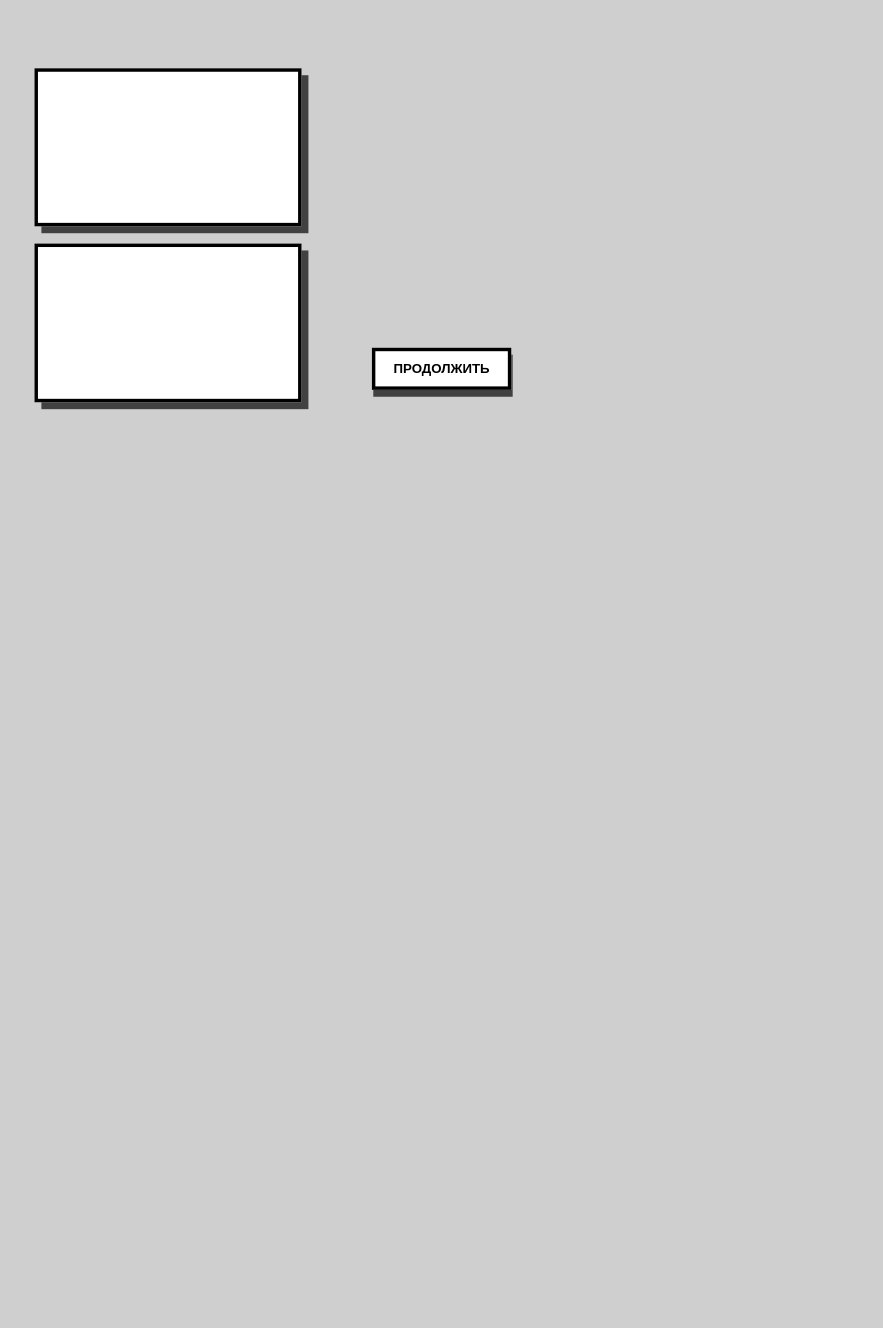
Repository: ICU-Dici/SchoolProject
Page: /NavigationBlock
These files come from the project's save history. The page is drawn as it stood at one moment and after the next save; the edit follows.
The browser window is 1280 px wide. The pictures show the whole page, at 69% of full size.
The project was rebuilt for these pictures with package versions that can differ from the ones it lists, and the page was loaded fresh each time. Also part of the build but not shown: src/components/PhysicsEGE/Header/HeaderCopy.module.css, src/components/PhysicsEGE/Header/Header.jsx, src/components/MainBody/MainPage.jsx, src/components/PhysicsEGE/Header/Header copy.jsx, src/components/PhysicsEGE/PointsTransfer/PointsTransfer.jsx, src/components/PhysicsEGE/PointsTransfer/PointsTransferContainer.jsx, src/components/PhysicsEGE/PhysicsEGE.module.css, src/components/PhysicsEGE/PhysicsNavPage/PhysicsNavPage.module.css and 5 more.

Above is the page before, as saved 2024-01-02 00:41:23.

### src/index.js
import React from 'react';
import ReactDOM from 'react-dom/client';
import './index.css';
import AppNew from './AppNew';
import reportWebVitals from './reportWebVitals';
import { Provider } from 'react-redux';
import store from './redux/state-redux';

const root = ReactDOM.createRoot(document.getElementById('root'));
export let RenderEntierTree = (state) =>{
  root.render(
    <React.StrictMode>
      <Provider store={store}>
      <AppNew/>
      </Provider>
    </React.StrictMode>
  );

  reportWebVitals();
}

RenderEntierTree(store.getState());
store.subscribe(() => {
  let state = store.getState();
  RenderEntierTree(state);
});

### src/AppNew.js
import './App.css';
import {BrowserRouter, NavLink, Route, Routes} from "react-router-dom";
import Header from './components/PhysicsEGE/Header/Header';
import MainPage from './components/MainBody/MainPage';
import NavigationSide from './components/NavigationSide/NavigationSide';
import PhysicsEGE from './components/PhysicsEGE/PhysicsEGE';
import NavigationSideContainer from './components/NavigationSide/NavigationSideContainer';
import PhysicsEGEContainer from './components/PhysicsEGE/PhysicsEGEContainer';

const  App = () => {
  return (
    <BrowserRouter>
    <div className="AppWrapper">
      <Routes>
      <Route path='/NavigationBlock/' element={<NavigationSideContainer/>}/>
      <Route path='/Physics/*' element={<PhysicsEGEContainer/>}/>
      </Routes>
    </div>
    </BrowserRouter>
  );
}

export default App;

### src/redux/state-redux.js
import {combineReducers, legacy_createStore as createStore } from 'redux'
import PointsTransferReducer from './PointsTransferReducer';
import NavigationReducer from './NavigationReducer';
import PhysicsEGEReducer from './PhysicsEGEReducer';
import PhysicsNavPageReducer from './PhysicsNavPageReducer';





let reducers = combineReducers({
    PTRdom: PointsTransferReducer,
    NavSideDOM: NavigationReducer,
    PhysicsEGEDOM: PhysicsEGEReducer,
    PhysicsNavPageDOM: PhysicsNavPageReducer,
})

let store = createStore( reducers)

window.store = store

export default store;

### src/App.css
.AppWrapper {
    display: grid;
    margin: 0 auto;
    grid-template-areas:
    ' H '
    ' M ';
    grid-gap: 10px; /*grid-gap- это расстояния между элементами grid-сетки*/
  }
.MainBody {
    grid-area: M;
}

### src/components/NavigationSide/NavigationSide.jsx
import React from "react";
import s from './NavigationSide.module.css'
import { NavLink } from "react-router-dom";
import PhyBlockStructureContainer from "./Block/PhyBlockStructureContainer";




const NavigationSide = (props) =>{
    return (

        <div className={s.AheadWrapper}>
            <div className={s.NavBlocksWrapper}>
                <div className={s.PhysicsPath} >
                    <div className={s.PhysicsLink} onClick={() => {props.SelectBlockAc('/Physics/*')}}><PhyBlockStructureContainer index={'/Physics/*'}/></div>
                    <div className={s.PhysicsLink} onClick={() => {props.SelectBlockAc('/Physics/PointsTransfer')}}><PhyBlockStructureContainer index={'/Physics/PointsTransfer'}/></div>
                </div>
                <div>
                    <NavLink to={props.selected}  className={s.ToTruePageWrapper}><div  className={s.ToTruePage}>ПРОДОЛЖИТЬ</div></NavLink>
                </div>
            </div>
        </div>
    )
}


export default NavigationSide;

### src/components/NavigationSide/NavigationSideContainer.jsx
import { connect } from "react-redux"
import NavigationSide from "./NavigationSide"
import {SelectBlockAc} from '../../redux/NavigationReducer'






const mapStateToProps = (state) => {
    return {
        selected: state.NavSideDOM.selected
    }
}

export default connect(mapStateToProps, {SelectBlockAc})(NavigationSide)

### src/components/PhysicsEGE/PhysicsEGEContainer.jsx
import { connect } from "react-redux"
import PhysicsEGE from "./PhysicsEGE"
import { toggleBurgerMenuAc } from "../../redux/PhysicsEGEReducer"














const mapStateToProps = (state) => {
    return {
        isBurgerMenuOpened: state.PhysicsEGEDOM.isBurgerMenuOpened
    }
}


export default connect(mapStateToProps, {toggleBurgerMenuAc})(PhysicsEGE)

### src/redux/PointsTransferReducer.js




let PointTransferRInitialState ={
    PointsBase: [
        { id: 0, realId: 0 },
        { id: 1, realId: 4 },
        { id: 2, realId: 8},
        { id: 3, realId: 11 },
        { id: 4, realId: 15 },
        { id: 5, realId: 18 },
        { id: 6, realId: 22 },
        { id: 7, realId: 26 },
        { id: 8, realId: 29 },
        { id: 9, realId: 33 },
        { id: 10, realId: 36 },
        { id: 11, realId: 38 },
        { id: 12, realId: 39 },
        { id: 13, realId: 40 },
        { id: 14, realId: 42 },
        { id: 15, realId: 43 },
        { id: 16, realId: 44 },
        { id: 17, realId: 46 },
        { id: 18, realId: 47 },
        { id: 19, realId: 48 },
        { id: 20, realId: 49 },
        { id: 21, realId: 51 },
        { id: 22, realId: 52 },
        { id: 23, realId: 53 },
        { id: 24, realId: 55 },
        { id: 25, realId: 56 },
        { id: 26, realId: 57 },
        { id: 27, realId: 59 },
        { id: 28, realId: 60 },
        { id: 29, realId: 61 },
        { id: 30, realId: 62 },
        { id: 31, realId: 65 },
        { id: 32, realId: 68 },
        { id: 33, realId: 70 },
        { id: 34, realId: 73 },
        { id: 35, realId: 75 },
        { id: 36, realId: 78 },
        { id: 37, realId: 80 },
        { id: 38, realId: 83 },
        { id: 39, realId: 85 },
        { id: 40, realId: 88 },
        { id: 41, realId: 90 },
        { id: 42, realId: 93 },
        { id: 43, realId: 95 },
        { id: 44, realId: 98 },
        { id: 45, realId: 100 },
    ],
    BeforePointsNow: 0,
    AfterPointsNow: 0

}

const PointsTransferReducer = (state = PointTransferRInitialState, action) => {
    let stateCopy
    switch(action.type) {

        case TRANSEF_POINTS:

          const afterPointsNow = state.PointsBase.find((points) => points.id === state.BeforePointsNow)?.realId || 0;

          return {
            ...state,
            AfterPointsNow: afterPointsNow
          };
        case POINTS_ON_CHANGE : {
            stateCopy ={
                ...state,
                BeforePointsNow: action.NewBeforePointsNow
            }
            return stateCopy;
        }
        case UP_POINTS: debugger;
            if (state.BeforePointsNow!= 45) {
                return {
                    ...state,
                    BeforePointsNow: state.BeforePointsNow+1
                }
            }
            else {
                return {
                    ...state,
                    BeforePointsNow: state.BeforePointsNow=0
                }
            }

        case DOWN_POINTS: if (state.BeforePointsNow!= 0) {
            return {
                ...state,
                BeforePointsNow: state.BeforePointsNow-1
            }
        }
        else {
            return {
                ...state,
                BeforePointsNow: state.BeforePointsNow=45
            }
        }
        default: return state
    }
}

export default PointsTransferReducer;

const TRANSEF_POINTS = 'TransefPoints'
const POINTS_ON_CHANGE = 'ChangePoints'
const UP_POINTS = 'UpPoints'
const DOWN_POINTS = 'DownPoints'


export const UpPointsAc = () => ({type:UP_POINTS})
export const DownPointsAc = () => ({type:DOWN_POINTS})
export const ChangePointsAc = (NewBeforePointsNow) => ({ type: POINTS_ON_CHANGE, NewBeforePointsNow })
export const TransefPointsAc = () =>({ type: TRANSEF_POINTS})

### src/redux/NavigationReducer.js

let NavInitState = {
    selected: ''
}















const NavigationReducer = (state = NavInitState, action) =>{
    let stateCopy
    switch(action.type) {
        case SELECT_BLOCK: debugger;
            return {
                ...state,
                selected: action.selectedBlock
            }

        default: return state
    }
}

const SELECT_BLOCK = 'Select_Block'

export const SelectBlockAc = (selectedBlock) => ({type:SELECT_BLOCK, selectedBlock})

export default NavigationReducer;

### src/redux/PhysicsEGEReducer.js





let PhysicsEgeInitState = {
    isBurgerMenuOpened: false
}







const PhysicsEGEReducer = ( state = PhysicsEgeInitState, action) => {
    switch (action.type) {
        case TOGGLE_BURGER_MENU:  debugger;
        return {
            ...state,
            isBurgerMenuOpened: action.ToggleBurger
        }
        default: return state
    }
}

export default PhysicsEGEReducer;
const TOGGLE_BURGER_MENU = 'toggleBurgerMenu'
export const toggleBurgerMenuAc = (ToggleBurger) => ({type:TOGGLE_BURGER_MENU, ToggleBurger})

### src/redux/PhysicsNavPageReducer.js






let PhyNavPageInitState = {
    selectedCase: 0
}




const PhysicsNavPageReducer = (state = PhyNavPageInitState, action) => {
    switch(action.type) {
        case CHOOSE_CASE : {
            if (state.selectedCase === action.selectedCase) {
                return {
                    ...state,
                selectedCase: 0
                }
            }
            else {
                return {
                    ...state,
                selectedCase: action.selectedCase
                }
            }
        }
        default: return state
    }
}


export default PhysicsNavPageReducer;


const CHOOSE_CASE = 'ChooseCase';

export const ChooseCaseAc = (selectedCase) => ({type: CHOOSE_CASE, selectedCase})

### src/components/NavigationSide/NavigationSide.module.css
.AheadWrapper {
    background-color: #cfcfcf;
    height: 100%;
    padding: 3%;
}

.NavBlocksWrapper {
    width: 98%;
    margin-left: auto;
    margin-right: auto;
    padding-top: 5%;
    margin-bottom: 100%;
    display: grid;
    grid-template-columns: 4fr 2fr 4fr;
    grid-column-gap: 7%;
}

.PhysicsLink {
    text-decoration: underline blue;
    transition: all 0.5s;
    width: 80%;
    margin-bottom: 6%;
    box-sizing: border-box;
}

.ToTruePage {
    text-decoration: none;
    color: black;
    border: 5px black solid;
    text-align: center;
    background-color: white;
    padding: 7% 10% 7% 10%;
    margin-top: 200%;
    font-family: montserrat,Arial,sans-serif;
    font-size: 120%;
    font-weight: bold;
    box-shadow: 2px 10px rgb(65, 65, 65);
    transition: 0.5s all;
}

.ToTruePage:hover {
    box-shadow: 2px 6px rgb(65, 65, 65);
    transform: scale(1.05);
    color: #314cc5;
}

.ToTruePageWrapper {
    text-decoration: none;
}

### src/components/NavigationSide/Block/PhyBlockStructureContainer.jsx
import { connect } from "react-redux"
import BlockStructure from "./PhyBlockStructure"










const mapStateToProps = (state) => {
    return {
        selected: state.NavSideDOM.selected
    }
}

export default connect(mapStateToProps)(BlockStructure)

### src/components/NavigationSide/Block/PhyBlockStructure.jsx
import React from "react"
import s from './PhyBlockStructure.module.css'


const BlockStructure = (props) =>{
    return (
        <div className={s.Wrapper}>
            <div className={s.Block}>
                <div className={ props.selected === props.index ? s.MainBodyBlockActive : s.MainBodyBlock}>
                    <div>{props.blockName}</div>
                    <div>{props.blockInfo}</div>
                </div>
            </div>
        </div>
    )
}

export default BlockStructure;

### src/components/PhysicsEGE/PointsTransfer/PointsTransfer.module.css
.Wrapper {
    width: 50%;
    margin-left: auto;
    margin-right: auto;
}

::selection {
    background: #2c2c2c; /* Safari */
    color: white;
}
.UiBlock {
    margin:auto;
    text-align: center;
    padding-top: 35%;
}

.enterPoints {
    margin-right: 1%;
    border: 0;
    font-family: montserrat,Arial,sans-serif;
    font-size: 200%;
    width: 7%;
}
.enterPoints::-webkit-inner-spin-button,


.enterPoints::-webkit-outer-spin-button {


-webkit-appearance: none;


margin: 0;


}

.results{
    font-size: 150%;
}

.ChangePointsNumber button {
    background-color: white;
    border: 0;
}

.enterPoints:focus {
    border: 0;
    outline: none;
    background-color: rgb(194, 194, 194);
}

.CountPoints {
    border-radius: 0;
    border: 0;
    cursor: pointer;
    background-color: rgb(255, 255, 255);
    font-family: montserrat,Arial,sans-serif;
    font-size: 200%;
}
.ChangePointsNumber .minus {
    margin-right: 10%;
    font-size: 200%;
    font-weight: bold;
    cursor: pointer;
}
.ChangePointsNumber .plus {
    margin-left: 10%;
    font-size: 200%;
    font-weight: bold;
    cursor: pointer;
}

### src/components/NavigationSide/Block/PhyBlockStructure.module.css

.Wrapper {
    width: 100%;
    height: 100%;
}

.Block{
    display: block;
    margin-left: auto;
    margin-right: auto
}

.MainBodyBlock {
    width: 100%;
	height: 7em;
    background-color: #ffffff;
    border: 5px black solid;
    box-shadow: 10px 10px rgb(65, 65, 65);
    padding: 8%;
    color: rgb(0, 0, 0);
    font-size: 150%;
    font-weight: 600;
    letter-spacing: 1.5px;
    font-stretch: ultra-expanded;
    transition: 0.2s all;
    cursor: pointer;
}

.MainBodyBlockActive {
    width: 100%;
	height: 7em;
    background-color: #f0f0f0;
    border: 5px black solid;
    box-shadow: 6.5px 8px rgb(65, 65, 65);
    padding: 8%;
    color: rgb(0, 0, 0);
    font-size: 150%;
    font-weight: 600;
    letter-spacing: 1.5px;
    font-stretch: ultra-expanded;
    cursor: pointer;
    transition: 0.2s all;
}

Loaded but not shown: public/index.html (common file); src/index.css (common file); src/reportWebVitals.js (common file)

After the next save:
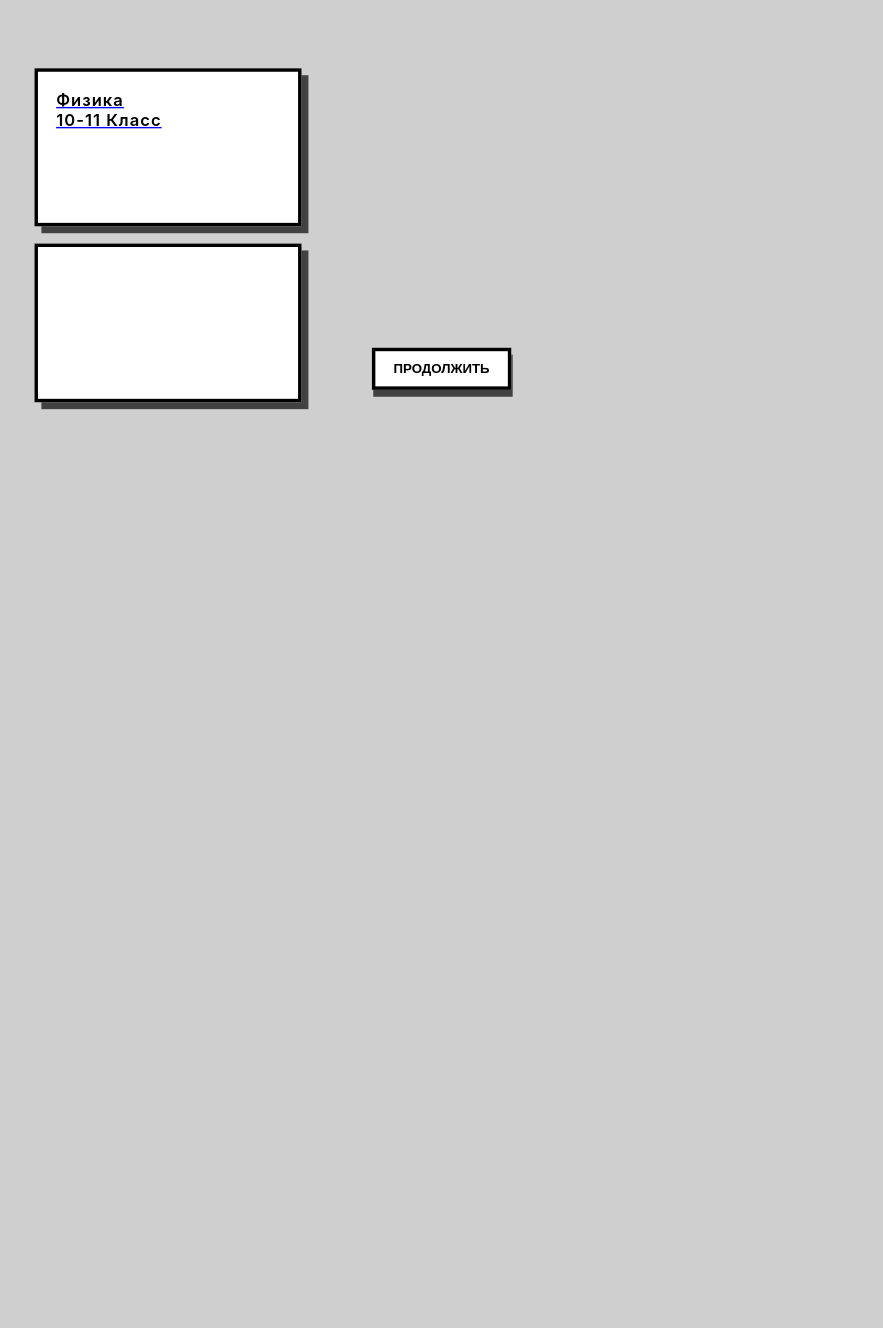
Saved 38 s later.
--- a/src/components/NavigationSide/NavigationSide.jsx
+++ b/src/components/NavigationSide/NavigationSide.jsx
@@ -12,7 +12,7 @@ const NavigationSide = (props) =>{
         <div className={s.AheadWrapper}>
             <div className={s.NavBlocksWrapper}>
                 <div className={s.PhysicsPath} >
-                    <div className={s.PhysicsLink} onClick={() => {props.SelectBlockAc('/Physics/*')}}><PhyBlockStructureContainer index={'/Physics/*'}/></div>
+                    <div className={s.PhysicsLink} onClick={() => {props.SelectBlockAc('/Physics/*')}}><PhyBlockStructureContainer index={'/Physics/*'} blockName={'Физика'} blockInfo={'10-11 Класс'}/></div>
                     <div className={s.PhysicsLink} onClick={() => {props.SelectBlockAc('/Physics/PointsTransfer')}}><PhyBlockStructureContainer index={'/Physics/PointsTransfer'}/></div>
                 </div>
                 <div>
